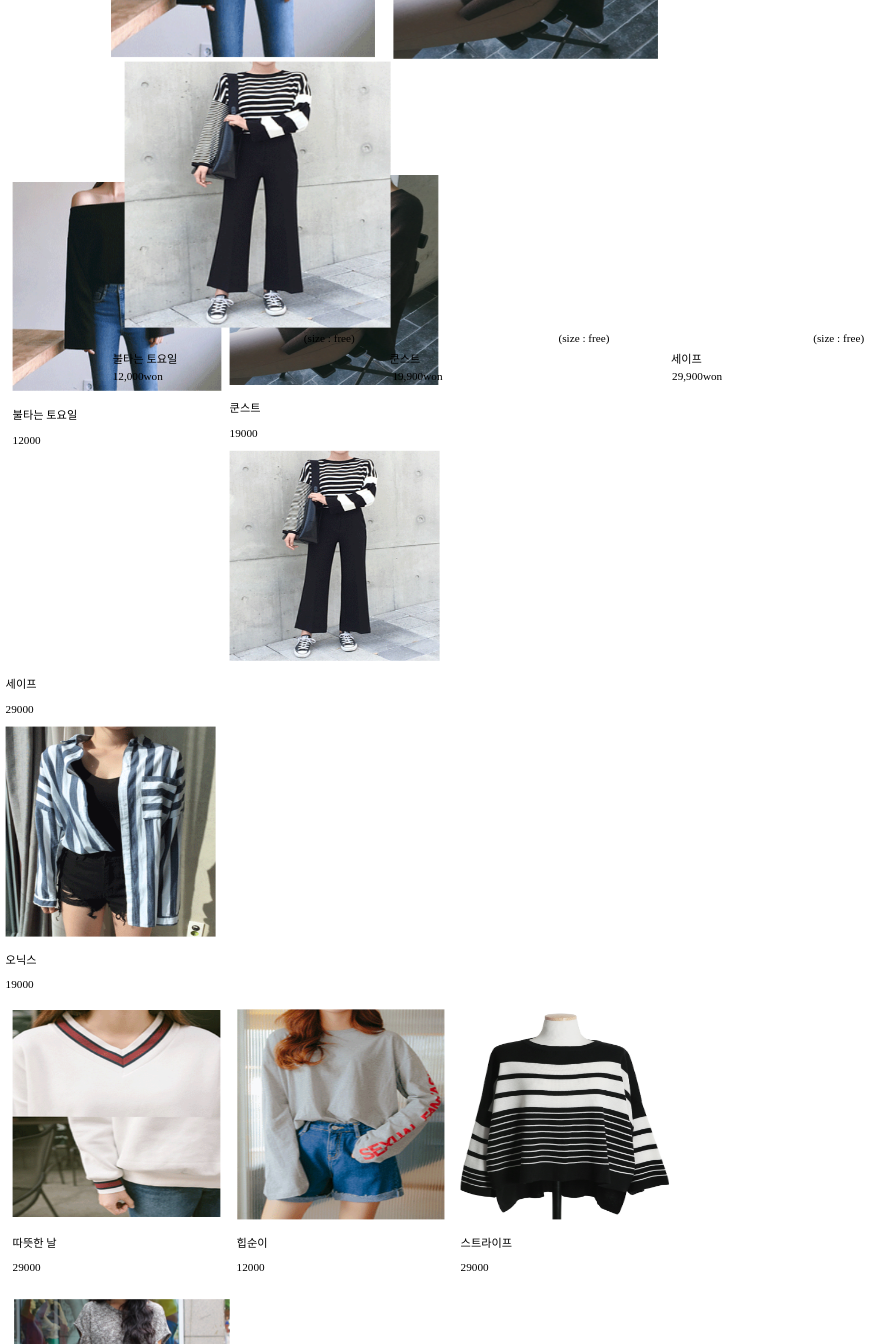
Repository: won0108/Port-Folio
Page: Creating_Homepage/Shopping/WebContent/top.html
An editor plug-in stored every save of this project. The page is shown before and after the next save, followed by the edit.
The browser window is 1280 px wide. The pictures show the part of the page from y = 1090 to 3010 px (the page is 3318 px tall before and 3336 px after), at 70% of full size.

Above is the page before, as saved 2020-12-03 07:36:49.

After the next save:
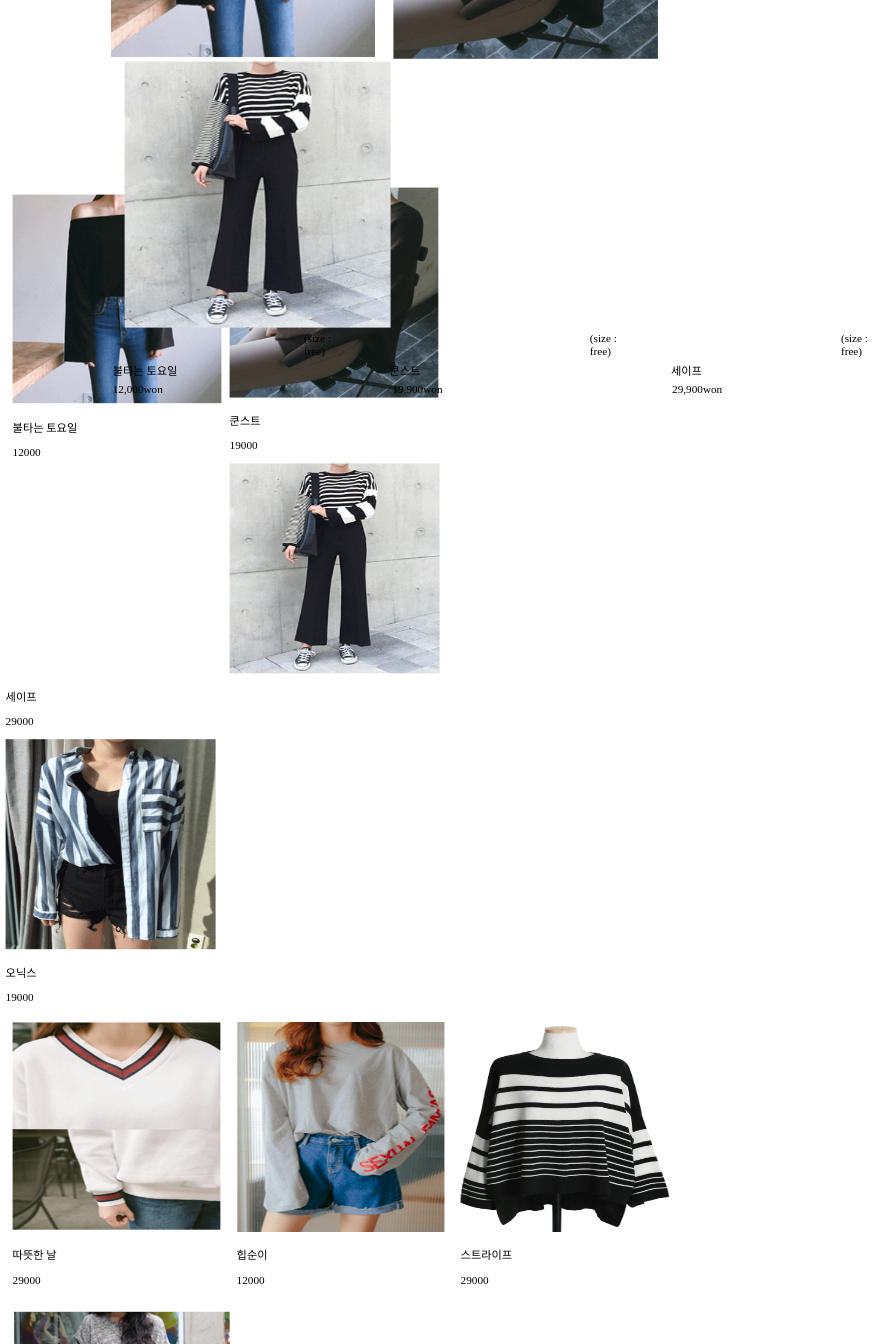
Saved 40 s later.
--- a/Creating_Homepage/Shopping/WebContent/top.html
+++ b/Creating_Homepage/Shopping/WebContent/top.html
@@ -82,7 +82,7 @@
 				<td style="padding-left:270px;">(size : free)</td>
 				<td><div style="background-color:#002266; margin-left:30px;"></div></td>
 				<td><div style="background-color:#980000;"></div></td>
-				<td style="padding-left:250px;">(size : free)</td>
+				<td style="padding-left:300px;">(size : free)</td>
 				<td><div style="background-color:#998A00;margin-left:30px;"></div></td>
 				<td><div style="background-color:#5F00FF;"></div></td>
 				<td style="padding-left:250px;">(size : free)</td>

After the save that followed:
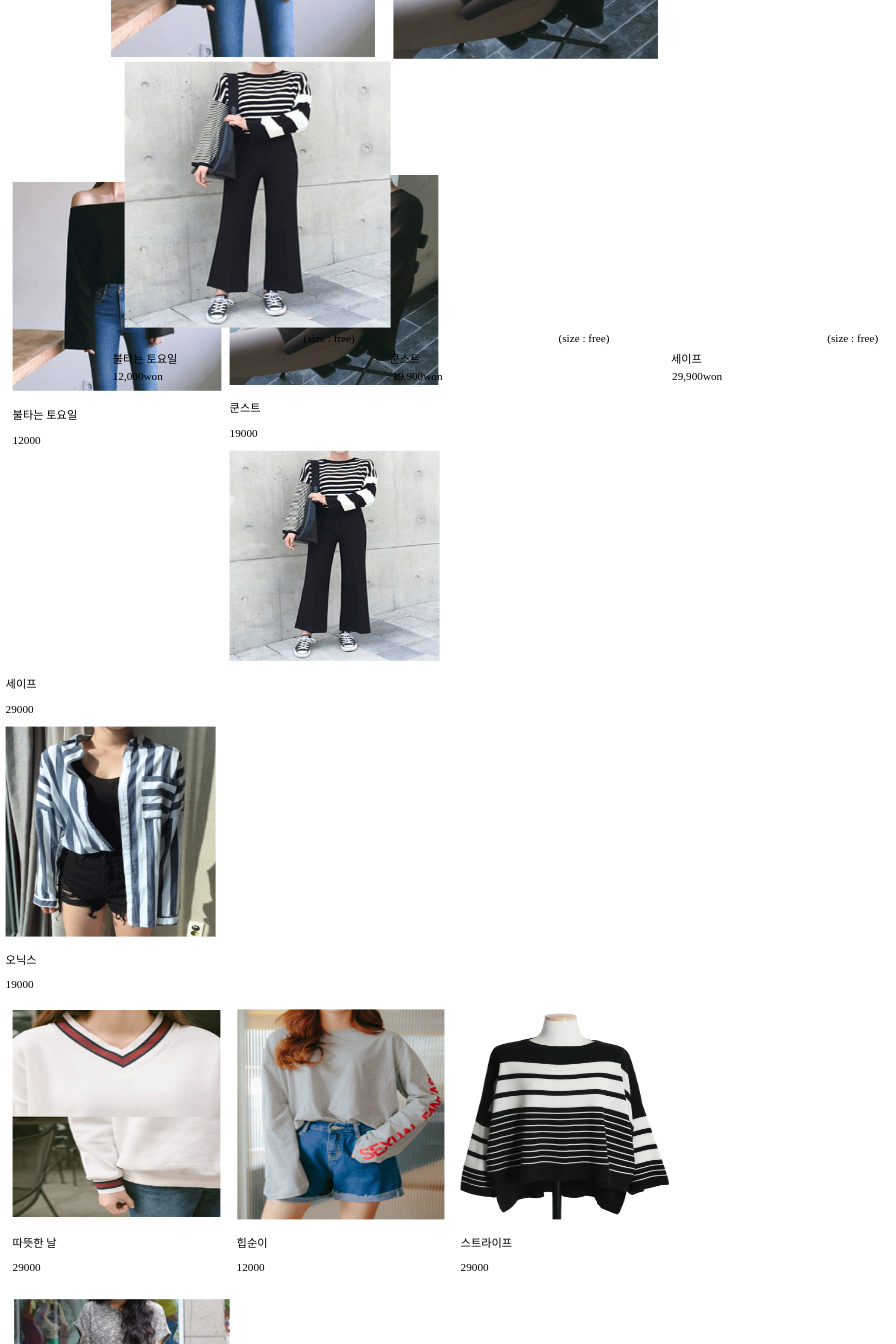
Saved 23 s later.
--- a/Creating_Homepage/Shopping/WebContent/top.html
+++ b/Creating_Homepage/Shopping/WebContent/top.html
@@ -82,8 +82,8 @@
 				<td style="padding-left:270px;">(size : free)</td>
 				<td><div style="background-color:#002266; margin-left:30px;"></div></td>
 				<td><div style="background-color:#980000;"></div></td>
-				<td style="padding-left:300px;">(size : free)</td>
-				<td><div style="background-color:#998A00;margin-left:30px;"></div></td>
+				<td style="padding-left:250px;">(size : free)</td>
+				<td><div style="background-color:#998A00;margin-left:50px;"></div></td>
 				<td><div style="background-color:#5F00FF;"></div></td>
 				<td style="padding-left:250px;">(size : free)</td>
 		    </tr>
